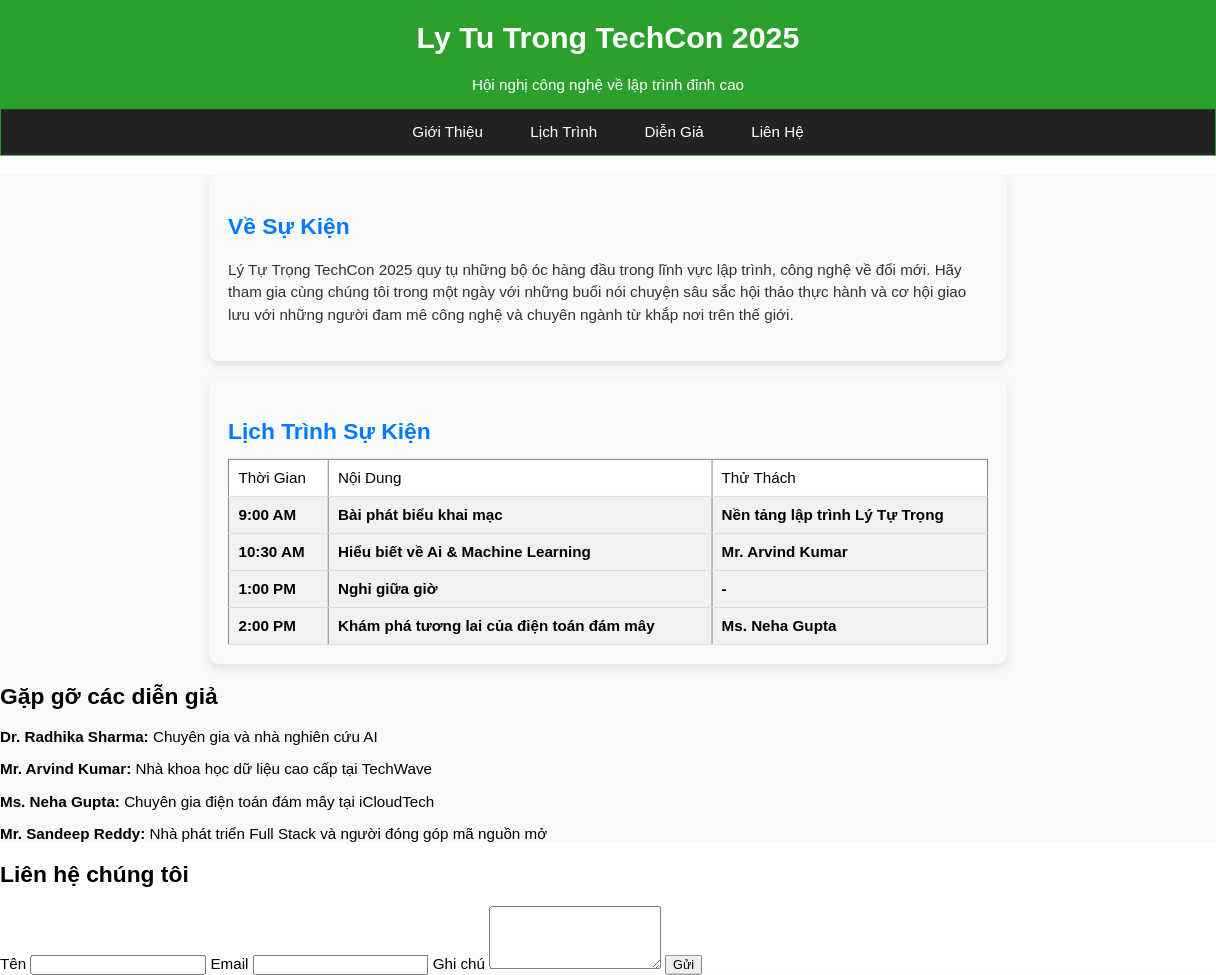
Repository: NhatMinh121/BaiTapVeNha1
Page: index.html
An editor plug-in stored every save of this project. The page is shown before and after the next save, followed by the edit.
The browser window is 1280 px wide. The pictures show the whole page, at 95% of full size.

Above is the page before, as saved 2025-03-28 23:09:46.

After the next save:
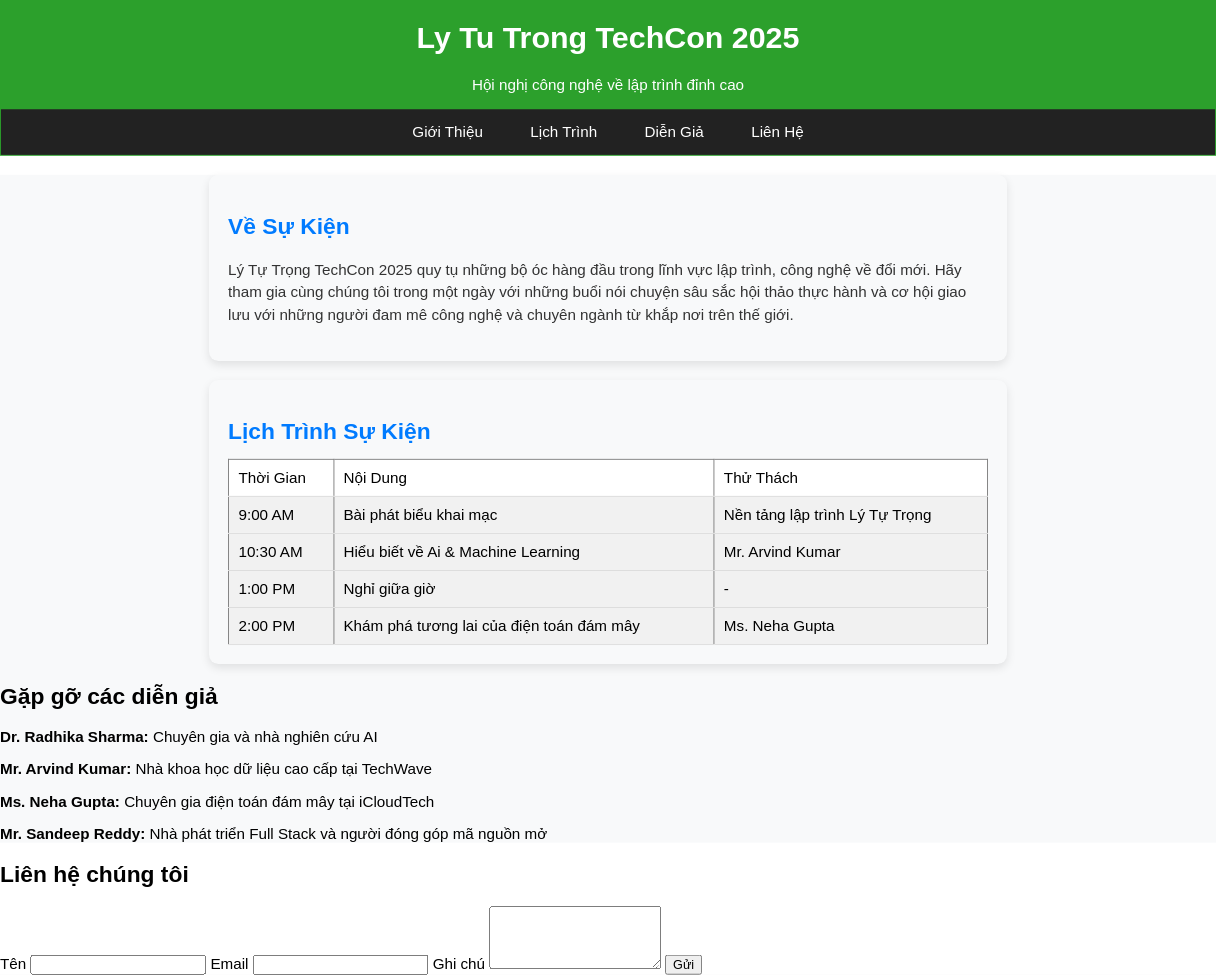
Saved 73 s later.
--- a/style.css
+++ b/style.css
@@ -94,7 +94,7 @@
 
 th {
     background-color: #f1f1f1;
-    font-weight: bold;
+    font-weight: normal;
 }
 
 tr:nth-child(even) {
